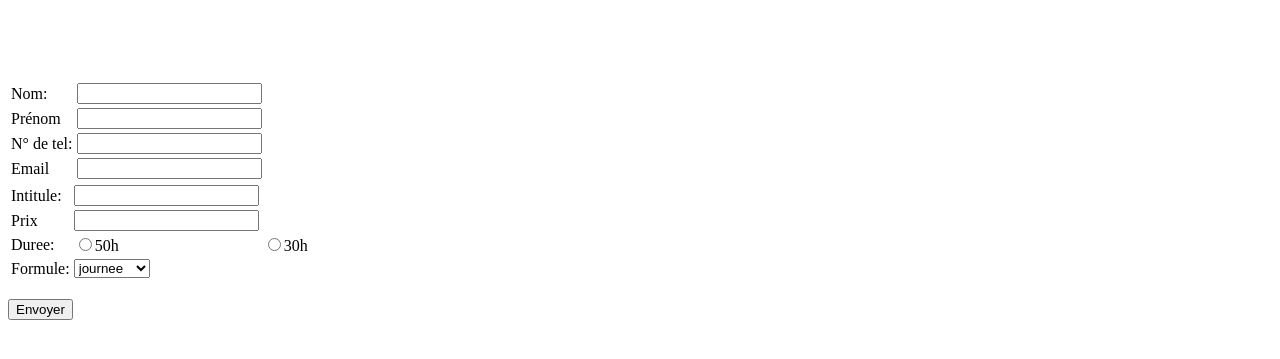
Repository: imouahrani/Gestion-des-stagiaires_JAVAEE
Page: http://localhost/TestInscripStagiaire/Formation.jsp
The author's editor kept a copy of each file at every save. The page is drawn from the files as they stood at one save, then again after the next save.
The browser window is 1280 px wide. The pictures show the whole page.
The page is served by Tomcat 9. Other server files are loaded and not shown. The template is opened directly, without the code that normally fills it, so the values that code supplies are empty.

Above is the page before, as saved 2018-07-31 18:18:49.

### Formation Java Entreprise Edition/TestInscripStagiaire/WebContent/Formation.jsp
<%@ page language="java" contentType="text/html; charset=UTF-8"
	pageEncoding="UTF-8"%>
<!DOCTYPE html PUBLIC "-//W3C//DTD HTML 4.01 Transitional//EN" "http://www.w3.org/TR/html4/loose.dtd">
<html>
<head>
<meta http-equiv="Content-Type" content="text/html; charset=UTF-8">
<title>Insert title here</title>
</head>
<body>
	<br>
	<br>
	<br>
	<br>
	<b style="color: red;"> <%
 	String message = (String) request.getAttribute("m");
 	if (message != null)
 		out.print(message);
 %>
	</b>

	<form action="TraiteFormation" method="post">

		<table>
	<tr>
		<table>

			<tr>

				<td>Nom:</td>

				<td><input type="text" name="nom"></td>


			</tr>
			<tr>

				<td>Prénom</td>

				<td><input type="text" name="prenom"></td>


			</tr>


			<tr>

				<td>N° de tel:</td>

				<td><input type="text" name="numTel" ></td>


			</tr>


			<tr>

				<td>Email</td>

				<td><input type="text" name="email"></td>


			</tr>






		</table>

		<table>


			<tr>

				<td>Intitule:</td>

				<td><input type="text" name="intitule"></td>


			</tr>
			<tr>

				<td>Prix</td>

				<td><input type="text" name="prix"></td>


			</tr>


			<tr>

				<td>Duree:</td>

				<td><input type="radio" name="duree" value="50h">50h</td>
				<td><input type="radio" name="duree" value="30h">30h</td>



			</tr>


			<tr>

				<td>Formule:</td>

				<td>

				<select name="formule">
						<option>journee</option>
						<option>soir</option>
						<option>weekend</option>

				    </select>

				</td>


			</tr>






		</table>


</tr>
</table>
				<br> <input type="submit" value="Envoyer">

	</form>

</body>
</html>

After the next save:
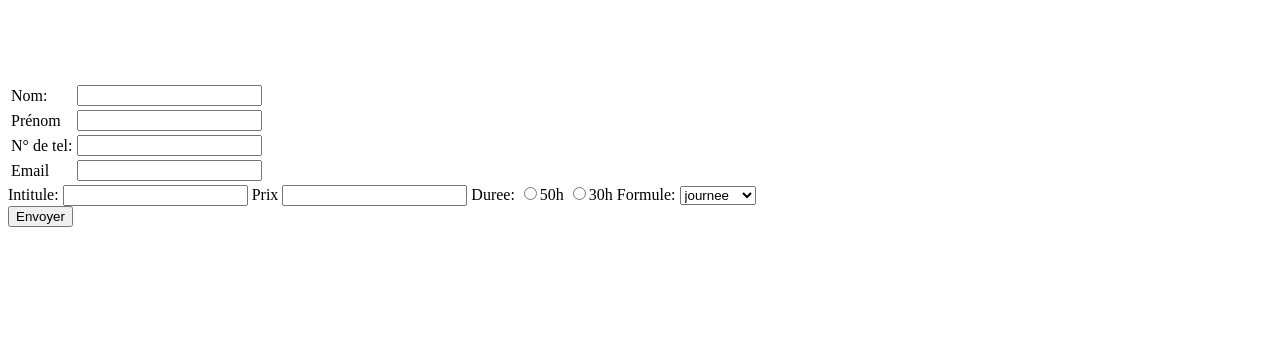
Saved 3 min 51 s later.
--- a/Formation Java Entreprise Edition/TestInscripStagiaire/WebContent/Formation.jsp
+++ b/Formation Java Entreprise Edition/TestInscripStagiaire/WebContent/Formation.jsp
@@ -21,8 +21,8 @@
 	<form action="TraiteFormation" method="post">
 
 		<table>
+		<table>
 	<tr>
-		<table>
 
 			<tr>
 
@@ -64,11 +64,9 @@
 
 
 
+</table>
 
 
-		</table>
-
-		<table>
 
 
 			<tr>
@@ -125,13 +123,13 @@
 
 
 		</table>
+		</table>
 
 
-</tr>
-</table>
 				<br> <input type="submit" value="Envoyer">
 
 	</form>
 
+
 </body>
 </html>
